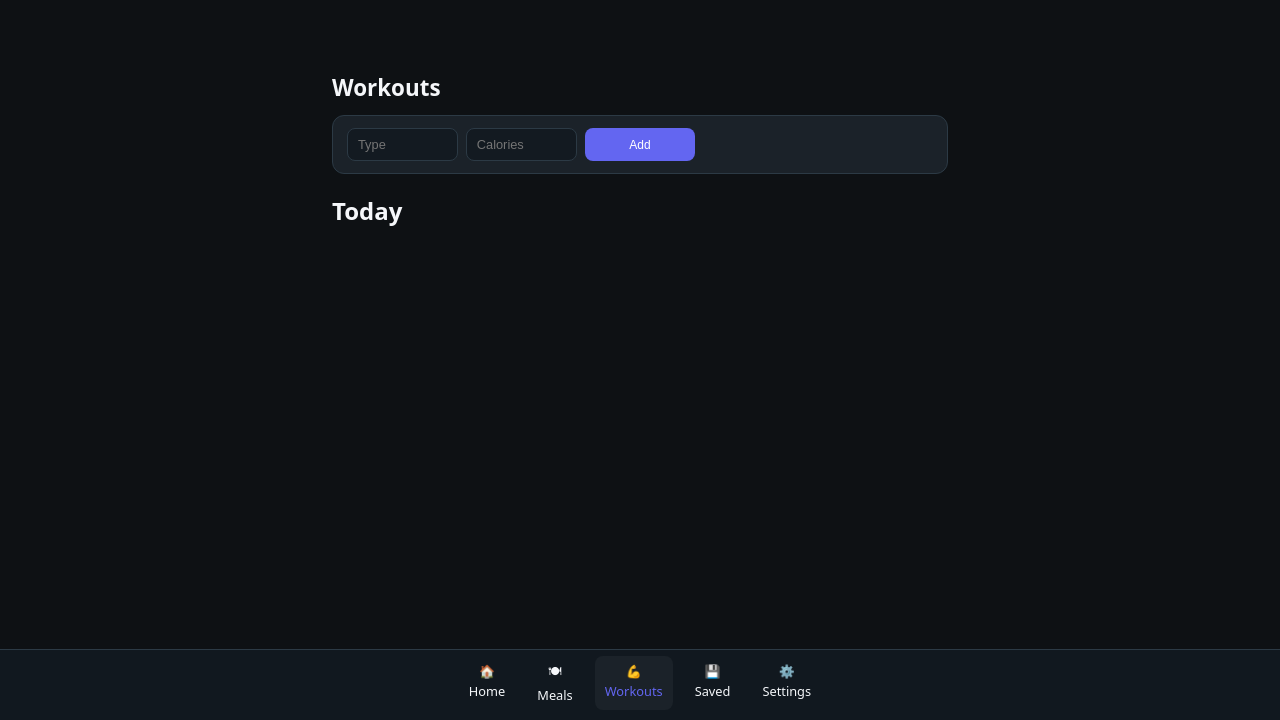
Repository: Ethxmnhz/minpline
Page: /workouts
An editor plug-in stored every save of this project. The page is shown before and after the next save, followed by the edit.
The browser window is 1280 px wide. The pictures show the whole page.
The project was rebuilt for these pictures with package versions that can differ from the ones it lists, and the page was loaded fresh each time. Also part of the build but not shown: vite.config.ts, src/ui/ProgressBar.tsx, src/pages/Dashboard.tsx, src/data/foods-indian.ts, src/pages/Meals.tsx, src/pages/SavedMeals.tsx, src/pages/Settings.tsx.

Above is the page before, as saved 2025-09-14 22:04:50.

### index.html
<!doctype html>
<html lang="en">
<head>
  <meta charset="UTF-8" />
  <link rel="icon" type="image/svg+xml" href="/favicon.svg" />
  <meta name="viewport" content="width=device-width, initial-scale=1, maximum-scale=1" />
  <title>Tracker</title>
  <meta name="theme-color" content="#101418" />
  <link rel="manifest" href="/manifest.webmanifest" />
  <style>
    body { margin:0; font-family: system-ui,-apple-system,Segoe UI,Roboto,Helvetica,Arial,sans-serif; background:#0e1114; color:#f5f7fa; }
    #root { min-height:100dvh; }
  </style>
</head>
<body>
  <div id="root"></div>
  <script type="module" src="/src/main.tsx"></script>
</body>
</html>

### src/main.tsx
import React from 'react';
import { createRoot } from 'react-dom/client';
import { App } from './pages/App';
import './styles.css';

createRoot(document.getElementById('root')!).render(<App />);

### src/pages/App.tsx
import React from 'react';
import { BrowserRouter, Routes, Route, Navigate } from 'react-router-dom';
import { Dashboard } from './Dashboard';
import { Meals } from './Meals';
import { Workouts } from './Workouts';
import { SavedMeals } from './SavedMeals';
import { Settings } from './Settings';
import { NavBar } from '../ui/NavBar';

export const App: React.FC = () => {
  return (
    <BrowserRouter>
      <div className="app-shell">
        <div className="view">
          <Routes>
            <Route path="/" element={<Navigate to="/dashboard" replace />} />
            <Route path="/dashboard" element={<Dashboard />} />
            <Route path="/meals" element={<Meals />} />
            <Route path="/workouts" element={<Workouts />} />
            <Route path="/saved" element={<SavedMeals />} />
            <Route path="/settings" element={<Settings />} />
            <Route path="*" element={<div style={{padding:16}}>Not found</div>} />
          </Routes>
        </div>
        <NavBar />
      </div>
    </BrowserRouter>
  );
};

### src/styles.css
:root {
  --color-bg:#0e1114; --color-surface:#1b2229; --color-border:#2c3a45; --color-text:#f5f7fa; --color-accent:#6366f1;
  --color-cal:#ffb347; --color-protein:#4ade80; --color-carbs:#60a5fa; --color-fats:#f472b6;
  --radius:12px; --transition:150ms;
}
* { box-sizing: border-box; }
body { font-family: system-ui,-apple-system,Segoe UI,Roboto,Helvetica,Arial,sans-serif; background:var(--color-bg); color:var(--color-text); }
.app-shell { display:flex; flex-direction:column; min-height:100dvh; padding-bottom:64px; }
.view { flex:1; width:100%; max-width:640px; margin:0 auto; padding:12px 12px 32px; }
.page h1 { font-size:1.4rem; margin:0 0 12px; }
.card { background:var(--color-surface); padding:12px 14px; border-radius:var(--radius); margin-bottom:12px; border:1px solid var(--color-border); }
.summary-grid { display:grid; grid-template-columns:repeat(2,1fr); gap:10px; }
.metric { font-weight:600; margin-top:4px; }
.list { list-style:none; padding:0; margin:6px 0 0; }
.list li { padding:8px 4px; display:flex; align-items:center; justify-content:space-between; border-bottom:1px solid #22313d; font-size:.9rem; }
.list li:last-child { border-bottom:none; }
.small { opacity:.7; font-size:.75rem; margin-left:4px; }
.nav-bar { position:fixed; bottom:0; left:0; right:0; display:flex; justify-content:space-around; background:#11181f; padding:6px 4px 10px; border-top:1px solid var(--color-border); }
.nav-bar a { color:var(--color-text); text-decoration:none; font-size:.8rem; display:flex; flex-direction:column; align-items:center; gap:2px; padding:6px 10px; border-radius:8px; }
.nav-bar a.active { background:var(--color-surface); color:var(--color-accent); }
.form-grid { display:grid; gap:8px; grid-template-columns:repeat(auto-fill,minmax(110px,1fr)); }
.form-grid input { background:#131a21; border:1px solid var(--color-border); color:var(--color-text); padding:8px 10px; border-radius:8px; font-size:.8rem; }
.btn { background:#25323d; border:none; color:var(--color-text); padding:8px 12px; border-radius:8px; cursor:pointer; font-size:.75rem; font-weight:500; }
.btn.primary { background:var(--color-accent); color:#fff; }
.btn.tiny { padding:4px 8px; font-size:.65rem; }
.btn:active { transform:translateY(1px); }
.progress-bar { height:8px; width:100%; background:#12191f; border-radius:6px; overflow:hidden; margin-top:6px; }
.progress-bar .fill { height:100%; background:var(--color-accent); transition:width var(--transition) linear; }
.row { display:flex; }
.gap { gap:8px; }
@media (min-width:640px){ .nav-bar { position:sticky; bottom:auto; top:0; justify-content:center; gap:12px; } .app-shell { padding-top:60px; padding-bottom:0; } }

### src/pages/Workouts.tsx
import React, { useState } from 'react';
import { useStore } from '../state/store';
import { WorkoutInput } from '../types';
import { nanoid } from '../util/id';

const empty: WorkoutInput = { type: '', calories: 0 };

export const Workouts: React.FC = () => {
  const today = useStore(s => s.today);
  const addWorkout = useStore(s => s.addWorkout);
  const [form, setForm] = useState<WorkoutInput>(empty);
  const totals = useStore(s => s.totalsForDate(today));

  const onSubmit = (e: React.FormEvent) => {
    e.preventDefault();
    if (!form.type.trim()) return;
    addWorkout({ id: nanoid(), date: today.toISOString(), ...form });
    setForm(empty);
  };

  return (
    <div className="page">
      <h1>Workouts</h1>
      <form onSubmit={onSubmit} className="card form-grid">
        <input placeholder="Type" value={form.type} onChange={e=>setForm(f=>({...f,type:e.target.value}))} />
        <input type="number" placeholder="Calories" value={form.calories||''} onChange={e=>setForm(f=>({...f,calories:+e.target.value}))} />
        <button type="submit" className="btn primary">Add</button>
      </form>

      <section>
        <h2>Today</h2>
        <ul className="list">
          {totals.workouts.map(w => (
            <li key={w.id}>{w.type} <span className="small">-{w.calories} kcal</span></li>
          ))}
        </ul>
      </section>
    </div>
  );
};

### src/ui/NavBar.tsx
import React from 'react';
import { NavLink } from 'react-router-dom';

export const NavBar: React.FC = () => {
  return (
    <nav className="nav-bar">
      <NavLink to="/dashboard">🏠<span>Home</span></NavLink>
      <NavLink to="/meals">🍽<span>Meals</span></NavLink>
      <NavLink to="/workouts">💪<span>Workouts</span></NavLink>
      <NavLink to="/saved">💾<span>Saved</span></NavLink>
      <NavLink to="/settings">⚙️<span>Settings</span></NavLink>
    </nav>
  );
};

### src/state/store.ts
import { create } from 'zustand';
import { persist } from 'zustand/middleware';
import { addDays, startOfDay } from 'date-fns';
import { Meal, MealTemplate, Workout, Goals, MealInput, WorkoutInput } from '../types';
import { nanoid } from '../util/id';

export interface TrackerState {
  today: Date;
  goals: Goals;
  meals: Meal[];
  workouts: Workout[];
  mealTemplates: MealTemplate[];
  workoutSets: Record<string, { pushups: number; pullups: number; legs: number; }>;
  setToday: (d: Date) => void;
  addMeal: (m: Meal) => void;
  addWorkout: (w: Workout) => void;
  saveMealTemplate: (t: MealTemplate) => void;
  removeMeal: (id: string) => void;
  removeWorkout: (id: string) => void;
  setGoals: (g: Goals) => void;
  totalsForDate: (d: Date) => {
    meals: Meal[];
    workouts: Workout[];
    calories: number;
    protein: number;
    carbs: number;
    fats: number;
    workoutCalories: number;
  };
  quickAddTemplate: (templateId: string) => void;
  bulkAddMeals: (inputs: MealInput[]) => void;
  addFromTemplateWithMultiplier: (templateId: string, multiplier: number) => void;
  setWorkoutSetCount: (date: Date, kind: 'pushups'|'pullups'|'legs', count: number) => void;
}

const todayStart = () => startOfDay(new Date());

export const useStore = create<TrackerState>()(persist((set, get) => ({
  today: todayStart(),
  goals: { calories: 2200, protein: 160, carbs: 230, fats: 70 },
  meals: [],
  workouts: [],
  mealTemplates: [],
  workoutSets: {},
  setToday: (d) => set({ today: startOfDay(d) }),
  addMeal: (m) => set(s => ({ meals: [...s.meals, m] })),
  addWorkout: (w) => set(s => ({ workouts: [...s.workouts, w] })),
  saveMealTemplate: (t) => set(s => ({ mealTemplates: [...s.mealTemplates.filter(x=>x.name!==t.name), t] })),
  removeMeal: (id) => set(s => ({ meals: s.meals.filter(m => m.id !== id) })),
  removeWorkout: (id) => set(s => ({ workouts: s.workouts.filter(w => w.id !== id) })),
  setGoals: (g) => set({ goals: g }),
  totalsForDate: (d) => {
    const day = startOfDay(d).toISOString();
    const meals = get().meals.filter(m => startOfDay(new Date(m.date)).toISOString() === day);
    const workouts = get().workouts.filter(w => startOfDay(new Date(w.date)).toISOString() === day);
    const calories = meals.reduce((a,b)=>a+b.calories,0);
    const protein = meals.reduce((a,b)=>a+b.protein,0);
    const carbs = meals.reduce((a,b)=>a+b.carbs,0);
    const fats = meals.reduce((a,b)=>a+b.fats,0);
    const workoutCalories = workouts.reduce((a,b)=>a+b.calories,0);
    return { meals, workouts, calories, protein, carbs, fats, workoutCalories };
  },
  quickAddTemplate: (templateId) => {
    const t = get().mealTemplates.find(t=>t.id===templateId);
    if (!t) return;
  get().addMeal({ ...t, id: nanoid(), date: new Date().toISOString() });
  },
  bulkAddMeals: (inputs) => set(s => ({ meals: [...s.meals, ...inputs.map(i => ({ id: nanoid(), date: new Date().toISOString(), ...i }))] })),
  addFromTemplateWithMultiplier: (templateId, multiplier) => {
    const t = get().mealTemplates.find(t=>t.id===templateId);
    if (!t) return;
    const scaled: Meal = { id: nanoid(), date: new Date().toISOString(), name: t.name, calories: Math.round(t.calories*multiplier), protein: Math.round(t.protein*multiplier), carbs: Math.round(t.carbs*multiplier), fats: Math.round(t.fats*multiplier) };
    get().addMeal(scaled);
  },
  setWorkoutSetCount: (date, kind, count) => set(s => {
    const key = startOfDay(date).toISOString();
    const existing = s.workoutSets[key] || { pushups:0, pullups:0, legs:0 };
    return { workoutSets: { ...s.workoutSets, [key]: { ...existing, [kind]: count } } };
  })
}), { name: 'tracker-store-v1' }));

### src/util/id.ts
export const nanoid = () => Math.random().toString(36).slice(2,10);

After the next save:
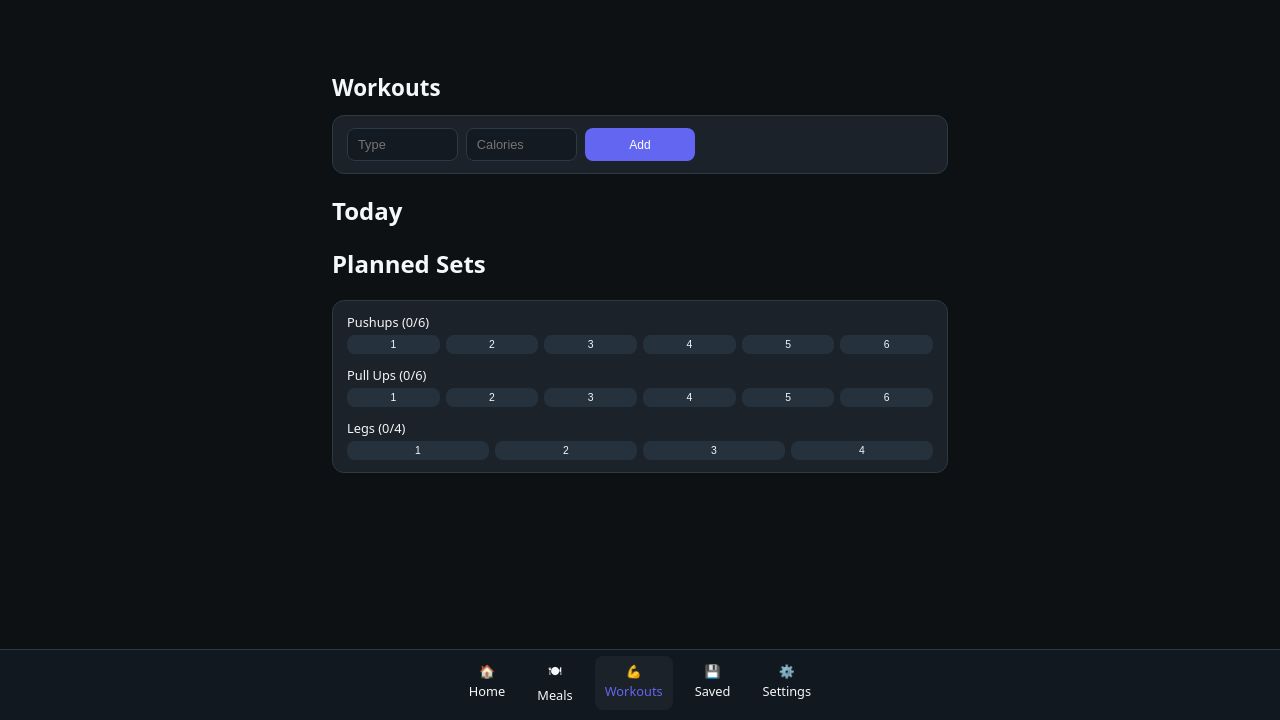
Saved 11 s later.
--- a/src/pages/Workouts.tsx
+++ b/src/pages/Workouts.tsx
@@ -18,6 +18,24 @@ export const Workouts: React.FC = () => {
     setForm(empty);
   };
 
+  const setWorkoutSetCount = useStore(s => s.setWorkoutSetCount);
+  const workoutSets = useStore(s => s.workoutSets);
+  const key = new Date(today).setHours(0,0,0,0);
+  const todayKey = new Date(today); // ensure date object
+  const record = workoutSets[new Date(todayKey).toISOString()] || { pushups:0, pullups:0, legs:0 };
+  const plan = { pushups:6, pullups:6, legs:4 };
+  const kinds: Array<{k: 'pushups'|'pullups'|'legs'; label: string; total: number}> = [
+    { k:'pushups', label:'Pushups', total: plan.pushups },
+    { k:'pullups', label:'Pull Ups', total: plan.pullups },
+    { k:'legs', label:'Legs', total: plan.legs },
+  ];
+
+  const toggleSet = (kind: 'pushups'|'pullups'|'legs', idx: number) => {
+    const current = record[kind];
+    const newCount = idx < current ? idx : idx + 1; // clicking earlier set reduces, current adds next
+    setWorkoutSetCount(today, kind, newCount);
+  };
+
   return (
     <div className="page">
       <h1>Workouts</h1>
@@ -35,6 +53,31 @@ export const Workouts: React.FC = () => {
           ))}
         </ul>
       </section>
+
+      <section>
+        <h2>Planned Sets</h2>
+        <div className="card" style={{display:'flex', flexDirection:'column', gap:12}}>
+          {kinds.map(group => (
+            <div key={group.k}>
+              <div style={{fontSize:'.8rem', marginBottom:4}}>{group.label} ({record[group.k]}/{group.total})</div>
+              <div style={{display:'flex', gap:6}}>
+                {Array.from({length: group.total}).map((_,i)=>(
+                  <button
+                    key={i}
+                    type="button"
+                    onClick={()=>toggleSet(group.k, i)}
+                    className="btn tiny"
+                    style={{
+                      background: i < record[group.k] ? 'var(--color-accent)' : '#25323d',
+                      flex:1
+                    }}
+                  >{i+1}</button>
+                ))}
+              </div>
+            </div>
+          ))}
+        </div>
+      </section>
     </div>
   );
 };
